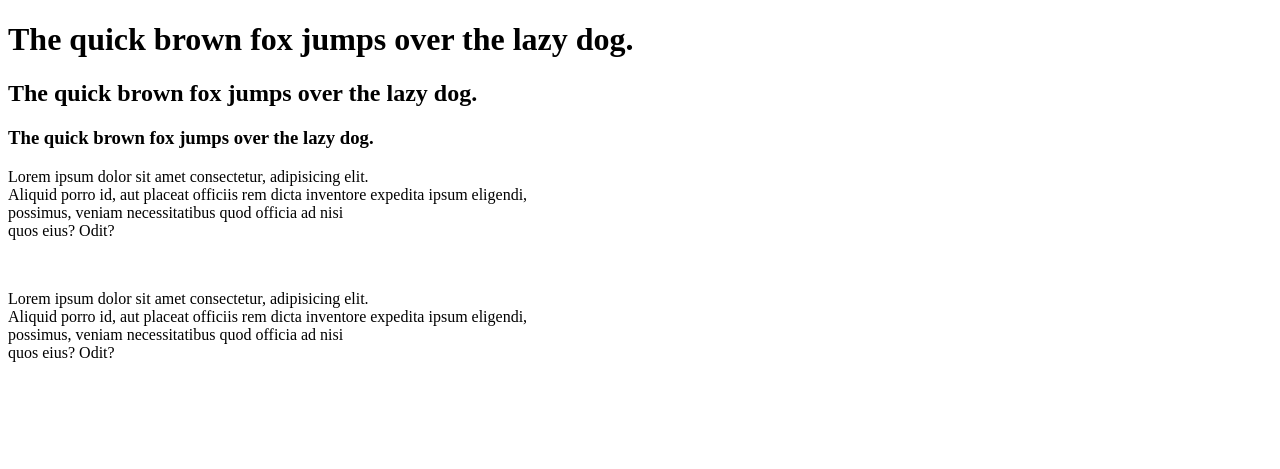
Repository: PhilipMuturi/website
Page: website/index.html
An editor plug-in stored every save of this project. The page is shown before and after the next save, followed by the edit.
The browser window is 1280 px wide. The pictures show the whole page.

Above is the page before, as saved 2023-11-29 11:10:38.

After the next save:
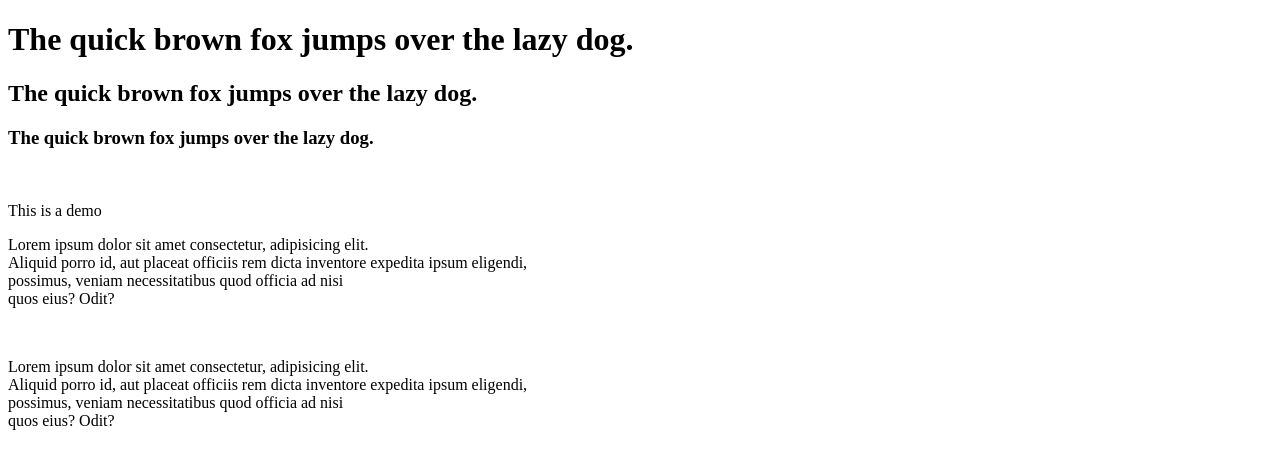
Saved 39 min 8 s later.
--- a/website/index.html
+++ b/website/index.html
@@ -14,6 +14,8 @@
         <h1>The quick brown fox jumps over the lazy dog.</h1>
         <h2>The quick brown fox jumps over the lazy dog.</h2>
         <h3>The quick brown fox jumps over the lazy dog.</h3>
+        <br>
+        <p>This is a demo</p>
         <p>Lorem ipsum dolor sit amet consectetur, adipisicing elit.<br>
             Aliquid porro id, aut placeat officiis rem dicta inventore expedita ipsum eligendi,
             <br>possimus, veniam necessitatibus quod officia ad nisi
